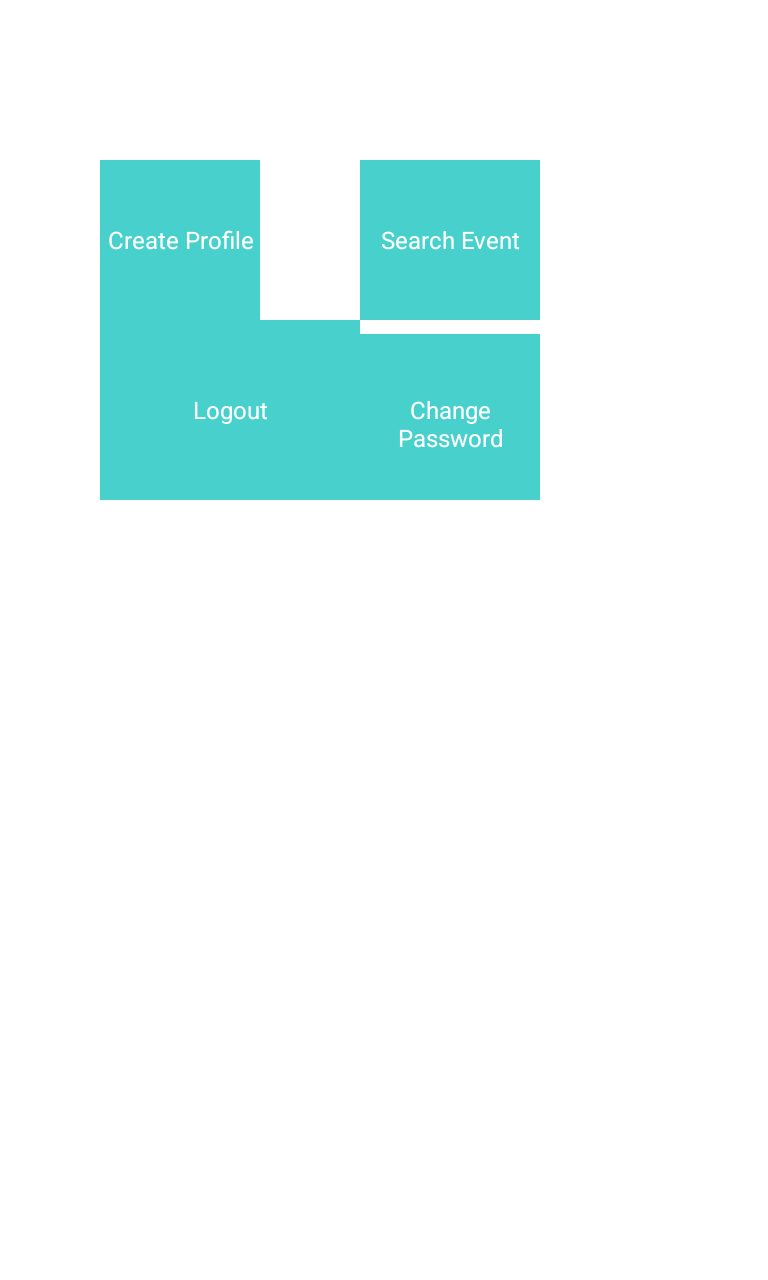
Repository: COMP231-S63G1/COMP231-S63G1
Layout: Wanna/res/layout/login_success.xml
An editor plug-in stored every save of this project. The layout is shown before and after the next save, followed by the edit.
It is drawn on a 768 x 1280 px phone screen (xhdpi) without system bars, with theme AppTheme; the app's code is not run. The app's manifest (not shown) leaves right-to-left support off. So textAlignment, textDirection and layoutDirection are ignored, and left and right values win over start and end ones.

Above is the layout before, as saved 2014-10-24 15:44:00.

After the next save:
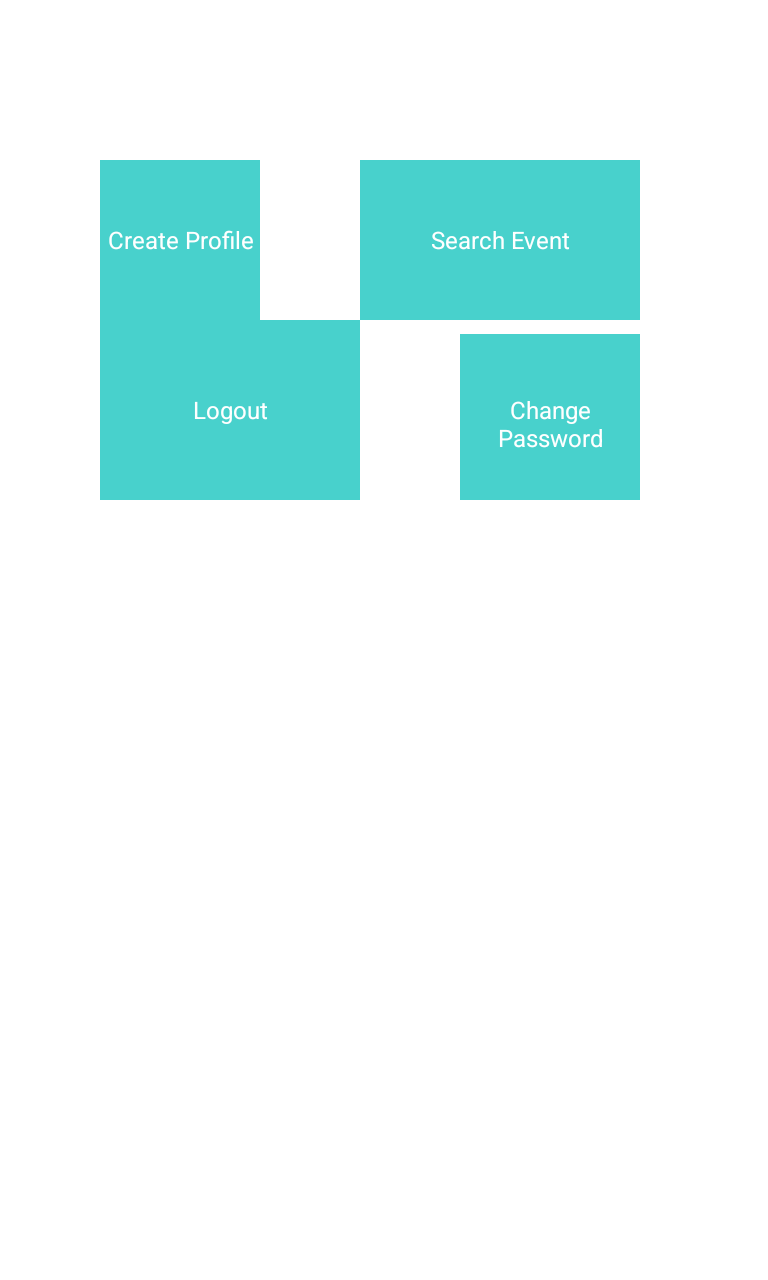
Saved 2 min 18 s later.
--- a/Wanna/res/layout/login_success.xml
+++ b/Wanna/res/layout/login_success.xml
@@ -75,7 +75,9 @@
         android:layout_below="@+id/textwelcome"
         android:text="Change Password"
         android:textColor="#ffffff"
-        android:textSize="12sp" />
+        android:textSize="12sp"
+        android:layout_marginLeft="50dp"
+        />
     </TableRow>
 
     </TableLayout>
